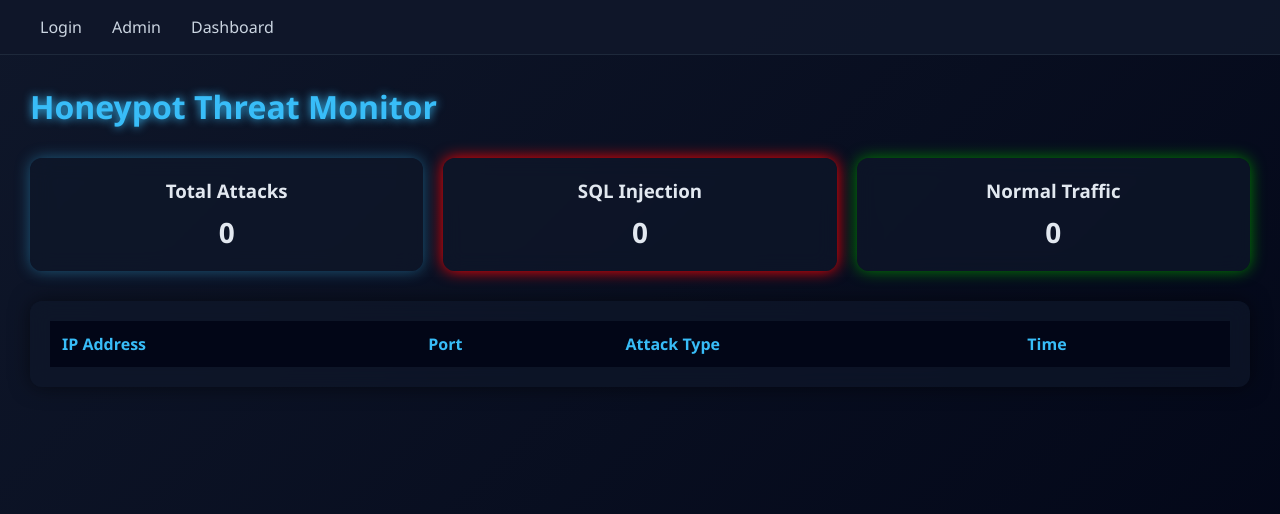
Repository: phanindrareddy2006/Honeypot
Page: /dashboard (app in honeypot-frontend/)
An editor plug-in stored every save of this project. The page is shown before and after the next save, followed by the edit.
The browser window is 1280 px wide. The pictures show the whole page.
The page's requests for data from a server got no answer. The project was rebuilt for these pictures with package versions that can differ from the ones it lists, and the page was loaded fresh each time. No one was signed in, and anything a server would have sent is missing. Also part of the build but not shown: honeypot-frontend/vite.config.js, honeypot-frontend/src/components/Login.css, honeypot-frontend/src/components/Login.jsx, honeypot-frontend/src/components/Admin.css, honeypot-frontend/src/components/Admin.jsx.

Above is the page before, as saved 2026-02-21 10:34:18.

### honeypot-frontend/index.html
<!doctype html>
<html lang="en">
  <head>
    <meta charset="UTF-8" />
    <link rel="icon" type="image/svg+xml" href="/vite.svg" />
    <meta name="viewport" content="width=device-width, initial-scale=1.0" />
    <title>honeypot-frontend</title>
  </head>
  <body>
    <div id="root"></div>
    <script type="module" src="/src/main.jsx"></script>
  </body>
</html>

### honeypot-frontend/src/main.jsx
import React from 'react'
import ReactDOM from 'react-dom/client'
import App from './App.jsx'

ReactDOM.createRoot(document.getElementById('root')).render(
  <App />
)

### honeypot-frontend/src/App.jsx
import { BrowserRouter, Routes, Route, Link } from "react-router-dom";

import Login from "./components/Login";
import Admin from "./components/Admin";
import Dashboard from "./components/Dashboard";

import "./App.css";

function App(){

return(

<BrowserRouter>

<nav>

<Link to="/">Login</Link>

<Link to="/admin">Admin</Link>

<Link to="/dashboard">Dashboard</Link>

</nav>

<Routes>

<Route path="/" element={<Login/>} />

<Route path="/admin" element={<Admin/>} />

<Route path="/dashboard" element={<Dashboard/>} />

</Routes>

</BrowserRouter>

);

}

export default App;

### honeypot-frontend/src/components/Dashboard.jsx
import { useEffect, useState } from "react";
import "./Dashboard.css";

function Dashboard() {

const [logs, setLogs] = useState([]);

useEffect(() => {

fetch("http://localhost:8080/api/attacks")

.then(res => res.json())

.then(data => setLogs(data));

}, []);

const total = logs.length;

const sql = logs.filter(l => l.attackType === "SQL Injection").length;

const normal = logs.filter(l => l.attackType === "Normal").length;

return (

<div className="dashboard">

<h1 className="title">Honeypot Threat Monitor</h1>

<div className="cards">

<div className="card">

<h3>Total Attacks</h3>

<p>{total}</p>

</div>

<div className="card danger">

<h3>SQL Injection</h3>

<p>{sql}</p>

</div>

<div className="card safe">

<h3>Normal Traffic</h3>

<p>{normal}</p>

</div>

</div>

<div className="table-container">

<table>

<thead>

<tr>

<th>IP Address</th>

<th>Port</th>

<th>Attack Type</th>

<th>Time</th>

</tr>

</thead>

<tbody>

{logs.map(log => (

<tr key={log.id}>

<td>{log.ip}</td>

<td>{log.port}</td>

<td className={log.attackType === "SQL Injection" ? "danger-text" : "safe-text"}>

{log.attackType}

</td>

<td>{log.timestamp}</td>

</tr>

))}

</tbody>

</table>

</div>

</div>

);

}

export default Dashboard;

### honeypot-frontend/src/App.css
/* App.css */

* {
  margin: 0;
  padding: 0;
  box-sizing: border-box;
  font-family: "Segoe UI", Roboto, Arial, sans-serif;
}

body {
  background: linear-gradient(135deg, #0f172a, #020617);
  color: #e2e8f0;
  min-height: 100vh;
}

/* Navbar */

nav {
  background: rgba(15, 23, 42, 0.95);
  padding: 16px 40px;
  display: flex;
  gap: 30px;
  border-bottom: 1px solid #1e293b;
}

nav a {
  color: #cbd5e1;
  text-decoration: none;
  font-size: 16px;
  font-weight: 500;
  transition: 0.3s;
}

nav a:hover {
  color: #38bdf8;
}

### honeypot-frontend/src/components/Dashboard.css
.dashboard {

padding: 30px;

color: #e2e8f0;

}

.title {

margin-bottom: 30px;

color: #38bdf8;

text-shadow: 0 0 10px #38bdf8;

}

/* Cards */

.cards {

display: flex;

gap: 20px;

margin-bottom: 30px;

}

.card {

flex: 1;

padding: 20px;

background: rgba(15, 23, 42, 0.7);

border-radius: 12px;

backdrop-filter: blur(10px);

box-shadow: 0 0 15px rgba(56, 189, 248, 0.4);

text-align: center;

}

.card h3 {

margin-bottom: 10px;

}

.card p {

font-size: 28px;

font-weight: bold;

}

.card.danger {

box-shadow: 0 0 15px red;

}

.card.safe {

box-shadow: 0 0 15px green;

}

/* Table */

.table-container {

background: rgba(15, 23, 42, 0.7);

padding: 20px;

border-radius: 12px;

backdrop-filter: blur(10px);

box-shadow: 0 0 20px rgba(0,0,0,0.5);

}

table {

width: 100%;

border-collapse: collapse;

}

th {

padding: 12px;

background: #020617;

color: #38bdf8;

text-align: left;

}

td {

padding: 12px;

border-bottom: 1px solid #1e293b;

}

tr:hover {

background: rgba(56,189,248,0.1);

}

.danger-text {

color: red;

font-weight: bold;

}

.safe-text {

color: #22c55e;

}

After the next save:
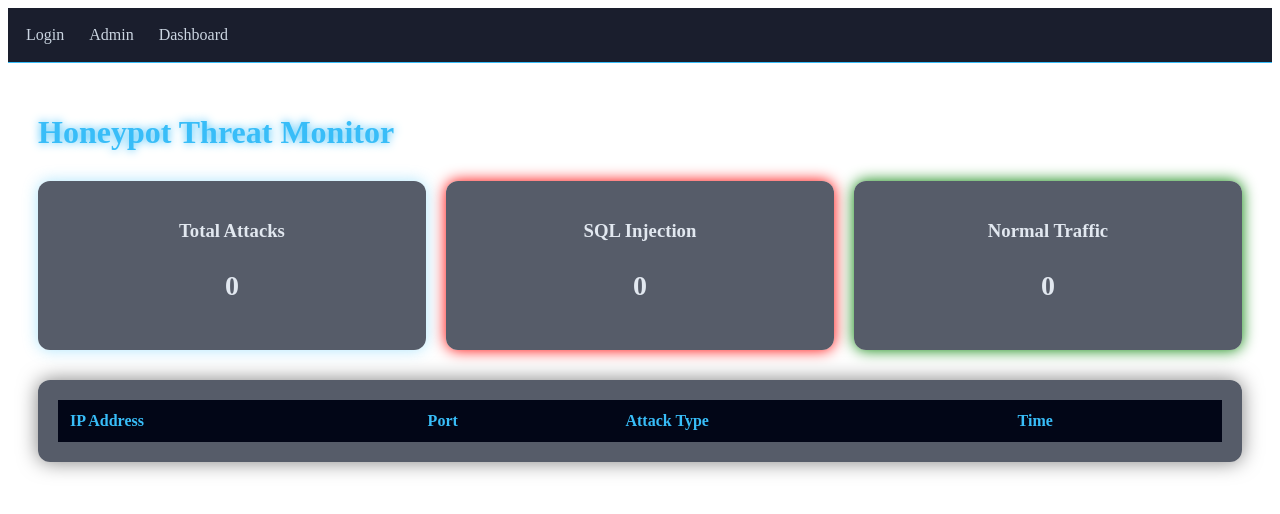
Saved 14 s later.
--- a/honeypot-frontend/src/App.css
+++ b/honeypot-frontend/src/App.css
@@ -1,36 +1,31 @@
-/* App.css */
+nav {
 
-* {
-  margin: 0;
-  padding: 0;
-  box-sizing: border-box;
-  font-family: "Segoe UI", Roboto, Arial, sans-serif;
-}
+background: rgba(2, 6, 23, 0.9);
 
-body {
-  background: linear-gradient(135deg, #0f172a, #020617);
-  color: #e2e8f0;
-  min-height: 100vh;
-}
+padding: 18px;
 
-/* Navbar */
+display: flex;
 
-nav {
-  background: rgba(15, 23, 42, 0.95);
-  padding: 16px 40px;
-  display: flex;
-  gap: 30px;
-  border-bottom: 1px solid #1e293b;
+gap: 25px;
+
+border-bottom: 1px solid #38bdf8;
+
 }
 
 nav a {
-  color: #cbd5e1;
-  text-decoration: none;
-  font-size: 16px;
-  font-weight: 500;
-  transition: 0.3s;
+
+color: #cbd5e1;
+
+font-size: 16px;
+
+text-decoration: none;
+
 }
 
 nav a:hover {
-  color: #38bdf8;
+
+color: #38bdf8;
+
+text-shadow: 0 0 8px #38bdf8;
+
 }

After the save that followed:
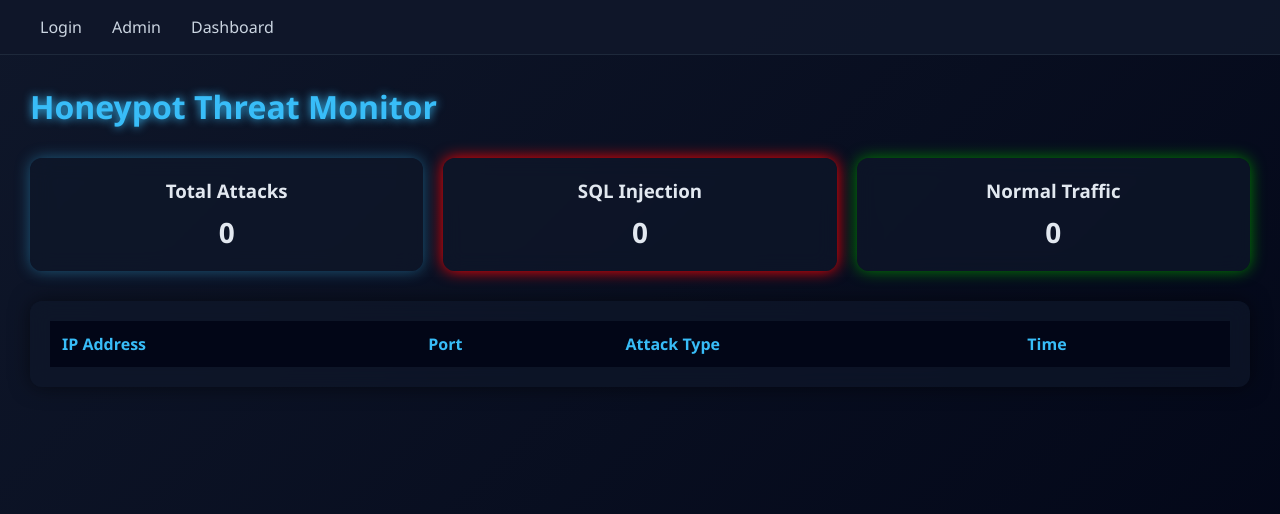
Saved 14 s later.
--- a/honeypot-frontend/src/App.css
+++ b/honeypot-frontend/src/App.css
@@ -1,31 +1,36 @@
+/* App.css */
+
+* {
+  margin: 0;
+  padding: 0;
+  box-sizing: border-box;
+  font-family: "Segoe UI", Roboto, Arial, sans-serif;
+}
+
+body {
+  background: linear-gradient(135deg, #0f172a, #020617);
+  color: #e2e8f0;
+  min-height: 100vh;
+}
+
+/* Navbar */
+
 nav {
-
-background: rgba(2, 6, 23, 0.9);
-
-padding: 18px;
-
-display: flex;
-
-gap: 25px;
-
-border-bottom: 1px solid #38bdf8;
-
+  background: rgba(15, 23, 42, 0.95);
+  padding: 16px 40px;
+  display: flex;
+  gap: 30px;
+  border-bottom: 1px solid #1e293b;
 }
 
 nav a {
-
-color: #cbd5e1;
-
-font-size: 16px;
-
-text-decoration: none;
-
+  color: #cbd5e1;
+  text-decoration: none;
+  font-size: 16px;
+  font-weight: 500;
+  transition: 0.3s;
 }
 
 nav a:hover {
-
-color: #38bdf8;
-
-text-shadow: 0 0 8px #38bdf8;
-
+  color: #38bdf8;
 }
